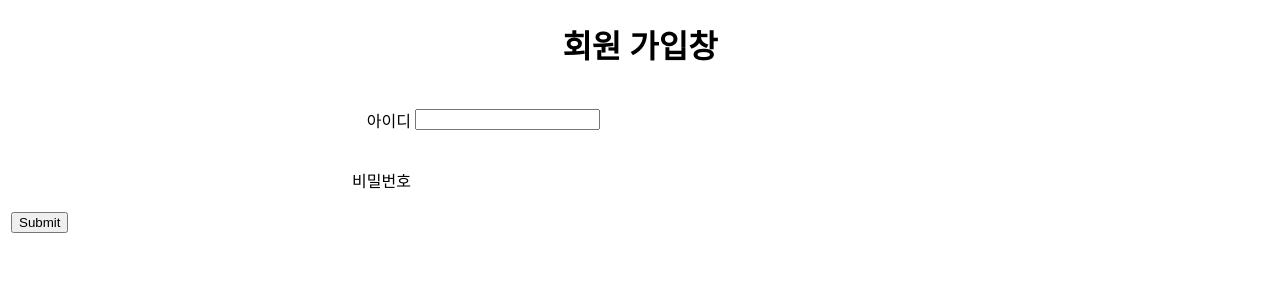
Repository: yw-son/yw-son
Page: http://localhost/pro14/test06/memberForm.jsp
These files come from the project's save history. The page is drawn as it stood at one moment and after the next save; the edit follows.
The browser window is 1280 px wide. The pictures show the whole page.
The page is served by Tomcat 9. Other server files are loaded and not shown.

Above is the page before, as saved 2023-06-16 06:10:26.

### pro14/src/main/webapp/test06/memberForm.jsp
<%@ page language="java" contentType="text/html; charset=UTF-8"
    pageEncoding="UTF-8"%>
<!DOCTYPE html>
<html>
<head>
<meta charset="UTF-8">
<title>Insert title here</title>
</head>
<body>
	<form method="post" action="member_action.jsp">
		<h1 style="text-align: center;">회원 가입창</h1>
		<table align="cenrer}">
			<tr>
				<td width="200">
				 <p align="right">아이디
				</td>
				<td width="400"><input type="text" name="id"></td>
			</tr>
			<tr>
			<td>
				<p align="right">비밀번호
			</td>
			</tr>
			<td width="400"><input type="submit" name="pwd"></td>
		</table>
	</form>
</body>
</html>

After the next save:
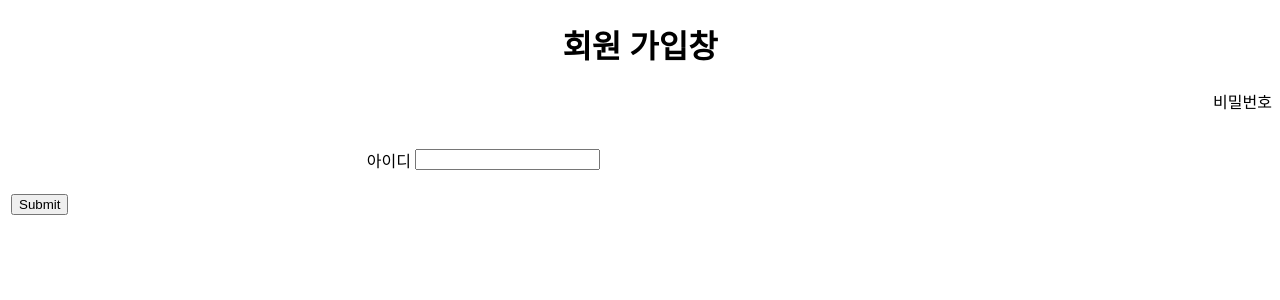
Saved 29 s later.
--- a/pro14/src/main/webapp/test06/memberForm.jsp
+++ b/pro14/src/main/webapp/test06/memberForm.jsp
@@ -17,7 +17,6 @@
 				<td width="400"><input type="text" name="id"></td>
 			</tr>
 			<tr>
-			<td>
 				<p align="right">비밀번호
 			</td>
 			</tr>
